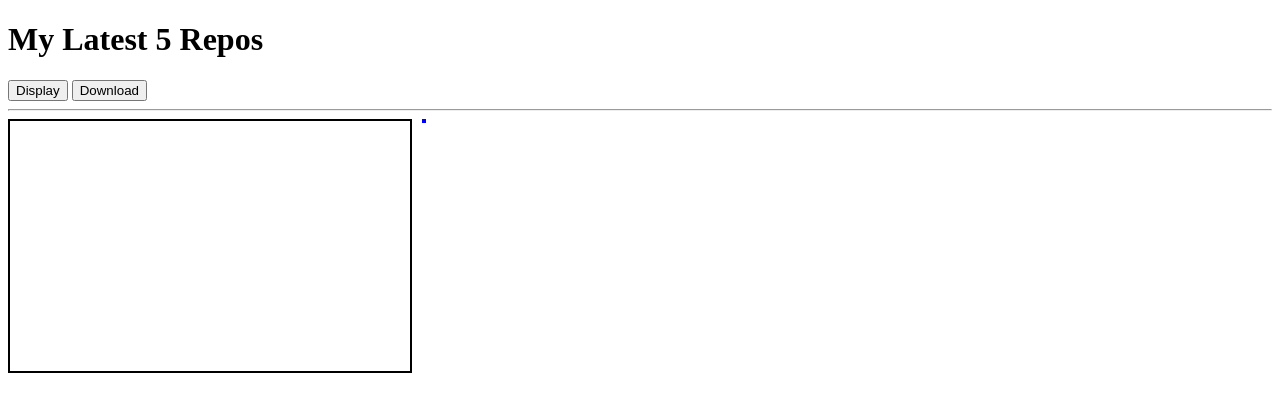
Repository: cod-lab/try
Page: c.html
The author's editor kept a copy of each file at every save. The page is drawn from the files as they stood at one save, then again after the next save.
The browser window is 1280 px wide. The pictures show the whole page.
The page's requests for data from a server got no answer.

Above is the page before, as saved 2020-08-13 01:04:57.
Console error: TypeError: Cannot read properties of null (reading 'getContext')

### c.html
<!DOCTYPE html>
<html lang="en">
<head>
    <meta charset="UTF-8">
    <meta name="viewport" content="width=device-width, initial-scale=1.0">
    <title>github</title>

    <style type="text/css">
        a:link {
            text-decoration: none;
            font-family: consolas;
            font-size: 15px;
            font-style: italic;
            font-weight: bold;
            color: orange;
        }
        a:hover {
            border-bottom: 1px solid black;
        }
        a:active {
            color: grey;
        }
        a:visited {     /* after link has been opened once */
            color: orange;
        }
    </style>

</head>
<body>
    <h1>My Latest 5 Repos</h1>
    <div id='divResult'></div>

    <button type="button" id="btnDisplay">Display</button>
    <button type="button" id="btnDownload">Download</button>
    <hr>
    <canvas id="myCanvas" width="400" height="250" style="border: 2px solid #000; float: left;"></canvas>

    <img src="" id="imgConverted" style="float:left; border: 2px solid #00f; margin-left: 10px;" >

    <script type="text/javascript" src="myscript.js"></script>



















    <!--
    <br><br>
    <div class="embed-responsive embed-responsive-1by1">
        <iframe class="embed-responsive-item" src="https://uknoit.github.io/try_readme/"></iframe>
    </div> -->
</body>
</html>

### myscript.js
// const btnGetLatestRepos = document.getElementById('btnGetLatestRepos');
// btnGetLatestRepos.addEventListener('mouseover', get5Repos);

window.addEventListener('load',get5Repos);

const divResult = document.getElementById('divResult');

async function get5Repos() {
    // clear();

    const url = "https://api.github.com/users/cod-lab/repos?sort=created";     // get my repos in desc order they created
    const response = await fetch(url);
    const result = await response.json();

    // console.log(result)
    // result.forEach(i=> {

    var j=-1;
    for(var i in result) {
        if(result[i].fork == false)
        {
            var li = document.createElement('li');
            var a = li.appendChild(document.createElement('a'));

            // const anchor = document.createElement('a')
            a.href = result[i].html_url;
            a.textContent = result[i].full_name.replace('cod-lab/','');
            // a.textContent.fontcolor('red');

            // anchor.classList.add("cls1")

            // divResult.appendChild(anchor)
            // divResult.appendChild(document.createElement('br'))
            divResult.appendChild(li);

            ++j;
        }
        if(j==4) break;
    }
}

// async function clear() {              // clear earlier result before printing new
//     while(divResult.firstChild)
//         divResult.removeChild(divResult.firstChild);
// }

const btnDisplay  = document.querySelector('btnDisplay');
const btnDownload  = document.querySelector('btnDownload');
const imgConverted  = document.querySelector('imgConverted');
var myCanvas = document.getElementById('canvas');
canvas  = document.querySelector('divResult');

const ctx = canvas.getContext("2d");

ctx.font = "50px Roboto";
ctx.fillstyle = "red";
ctx.filltext('decode', 100,100);
ctx.fillReact(200,150,150,75);

btnDisplay.addEventListener('click',function() {
    const dataURI = myCanvas.toDataURL();

    console.log(dataURI);
});

After the next save:
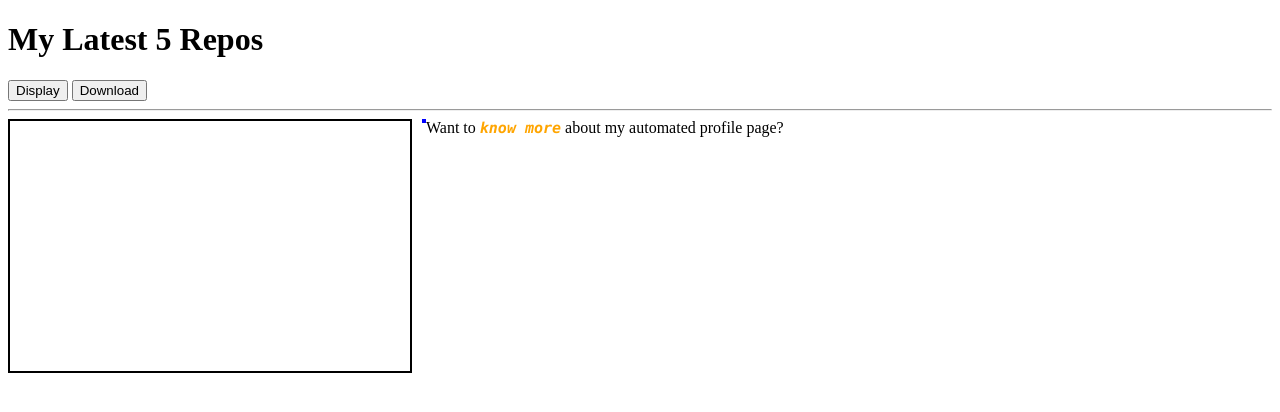
Saved 3 days later.
--- a/c.html
+++ b/c.html
@@ -40,6 +40,10 @@
     <script type="text/javascript" src="myscript.js"></script>
 
 
+    Want to <a href="" target="self"><em>know more</em></a> about my automated profile page?
+
+
+
 
 
 
